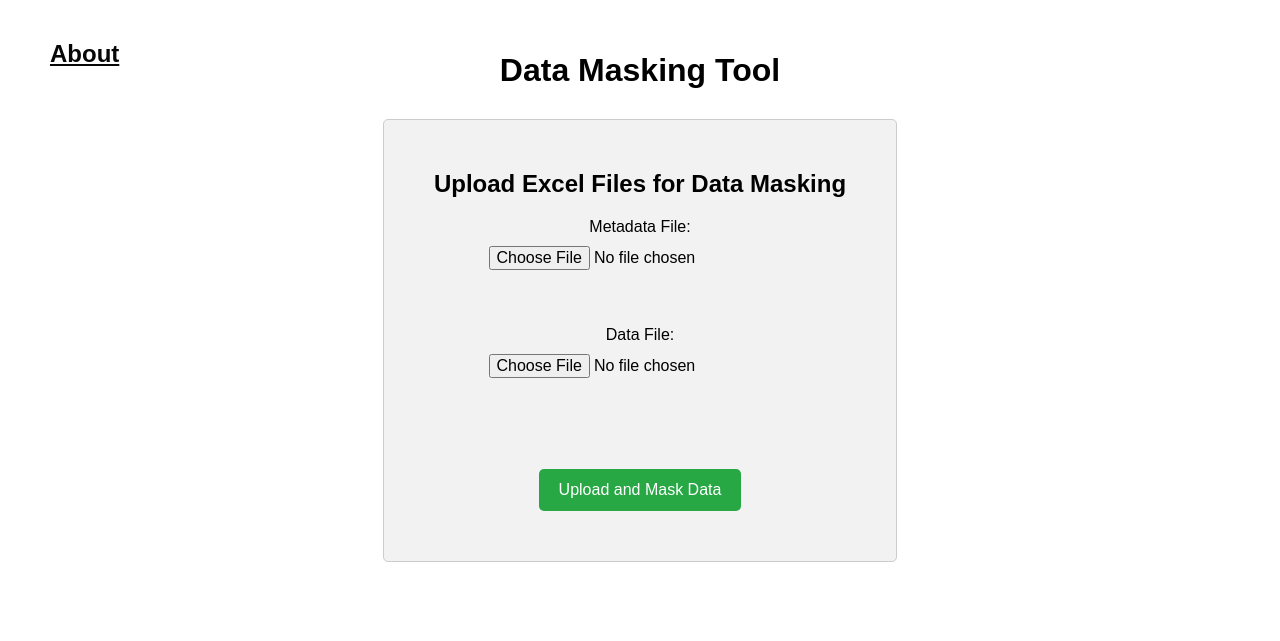
Repository: prithika12/DataMasking_Tool
Page: index.html
The author's editor kept a copy of each file at every save. The page is drawn from the files as they stood at one save, then again after the next save.
The browser window is 1280 px wide. The pictures show the whole page.

Above is the page before, as saved 2024-07-21 19:08:56.

### index.html
<!DOCTYPE html>
<html>
<head>
    <title>Data Masking Tool</title>
    <link rel="stylesheet" type="text/css" href="styles.css">
</head>
<body>
    <h1>Data Masking Tool</h1>
    <div class="container">
        <h2>Upload Excel Files for Data Masking</h2>
        <form action="/uploader" method="post" enctype="multipart/form-data">
            <label for="metadata_file">Metadata File:</label>
            <input type="file" name="file1" accept=".xlsx" required>
            <br><br>
            <label for="data_file">Data File:</label>
            <input type="file" name="file2" accept=".xlsx" required>
            <br><br>
            <button type="submit">Upload and Mask Data</button>
        </form>
    </div>
    <div class="about-link">
        <a href="https://github.com/prithika12/DataMasking_Tool/blob/main/README.md" target="_blank">About</a>
    </div>
</body>
</html>

### styles.css
/* styles.css */
body {
    font-family: Arial, sans-serif;
    display: flex;
    flex-direction: column; /* Align items in a column */
    justify-content: center; /* Center vertically */
    align-items: center; /* Center horizontally */
    height: 80vh; /* Full viewport height */
}
.container {
    max-width: 600px;
    padding: 30px 50px;
    background-color: #f2f2f2;
    border: 1px solid #ccc;
    border-radius: 5px;
    text-align: center; /* Center text inside container */
}
h1 {
    text-align: center; /* Center text */
    margin-bottom: 30px;
}
h2 {
    text-align: center;
}
input[type="file"] {
    display: block;
    font-size: medium;
    margin: 20px auto;
    margin-top: 10px;
}
button {
    display: block;
    margin: 20px auto;
    font-size: medium;
    margin-top: 35px;
    padding: 12px 20px;
    background-color: #28a745;
    color: white;
    border: none;
    border-radius: 5px;
    cursor: pointer;
}
button:hover {
    background-color: #218838;
}
.about-link {
    position: absolute;
    top: 20px;
    left: 20px;
    padding: 20px 30px;
}
.about-link a {
    color: #070708;
    font-size: x-large;
    font-weight: bold;
    text-decoration: underline;
}

After the next save:
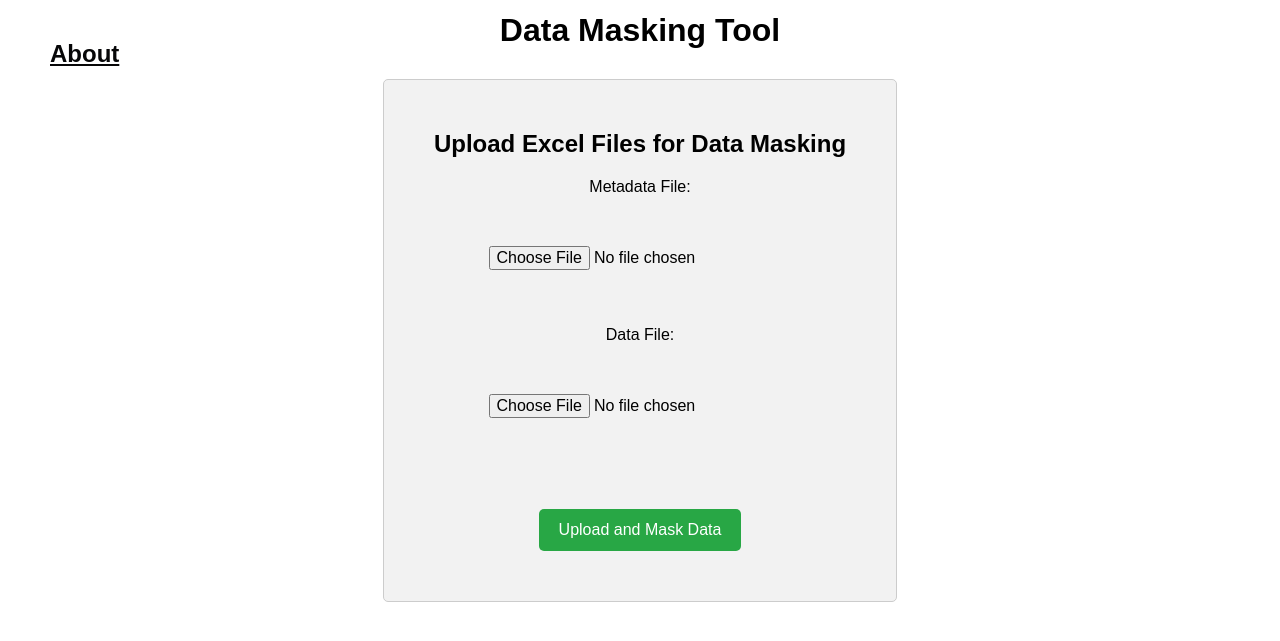
Saved 5 s later.
--- a/styles.css
+++ b/styles.css
@@ -26,7 +26,7 @@
     display: block;
     font-size: medium;
     margin: 20px auto;
-    margin-top: 10px;
+    margin-top: 50px;
 }
 button {
     display: block;

After the save that followed:
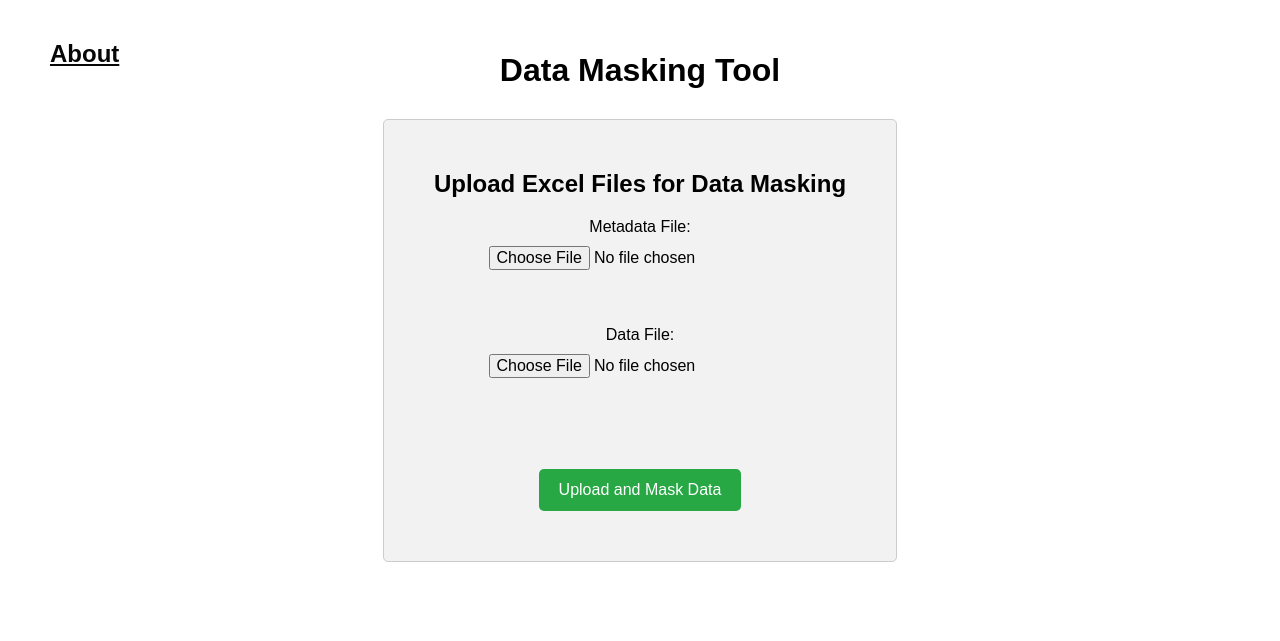
Saved 13 s later.
--- a/styles.css
+++ b/styles.css
@@ -26,7 +26,7 @@
     display: block;
     font-size: medium;
     margin: 20px auto;
-    margin-top: 50px;
+    margin-top: 10px;
 }
 button {
     display: block;
